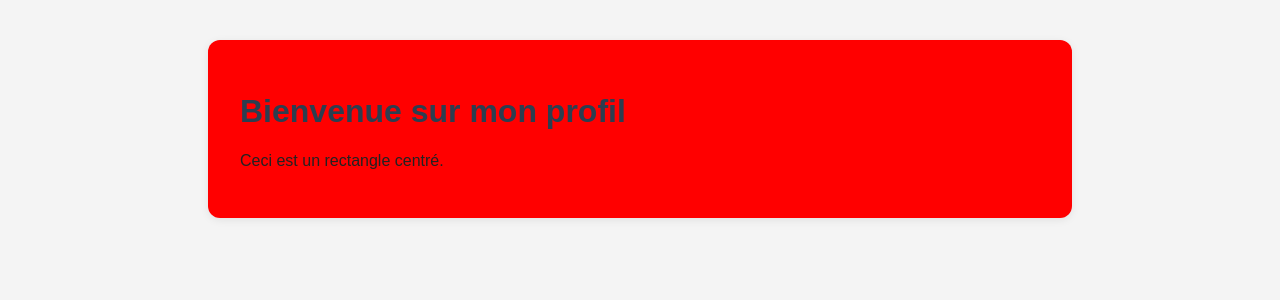
Repository: quadrinex/profile
Page: index.html
These files come from the project's save history. The page is drawn as it stood at one moment and after the next save; the edit follows.
The browser window is 1280 px wide. The pictures show the whole page.

Above is the page before, as saved 2025-06-30 15:57:42.

After the next save:
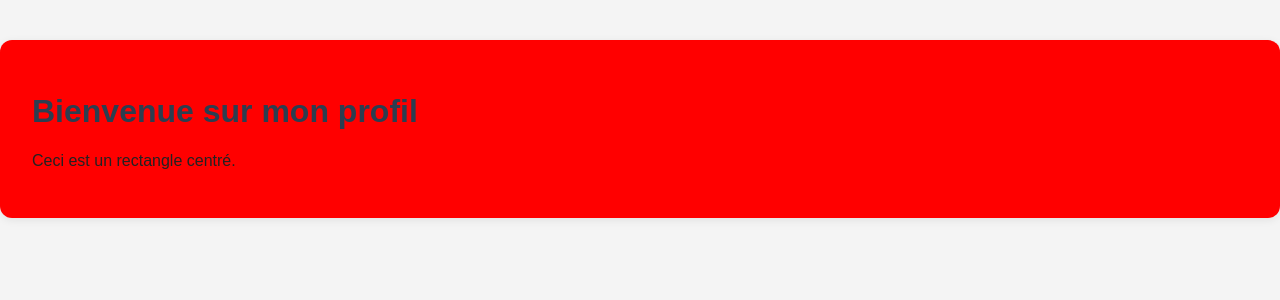
Saved 40 s later.
--- a/main.css
+++ b/main.css
@@ -20,7 +20,6 @@
 }
 
 .container {
-    max-width: 800px;
     margin: 40px auto;
     background: #ff0000;
     padding: 32px;

After the save that followed:
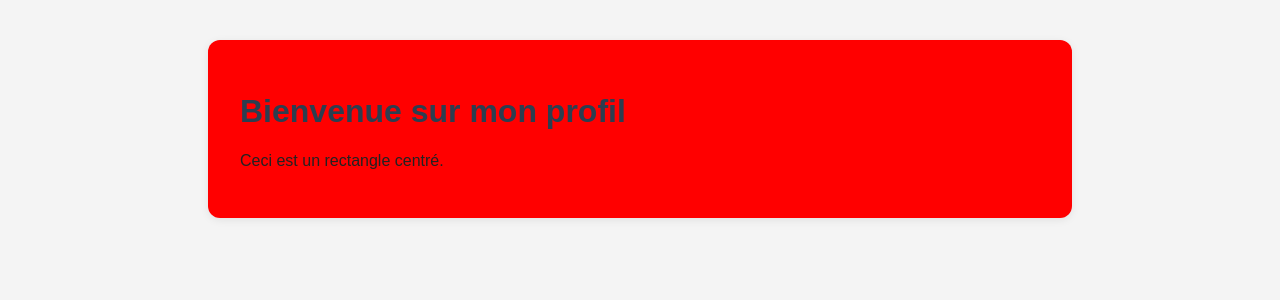
Saved 24 s later.
--- a/main.css
+++ b/main.css
@@ -20,6 +20,7 @@
 }
 
 .container {
+    max-width: 800px;
     margin: 40px auto;
     background: #ff0000;
     padding: 32px;
